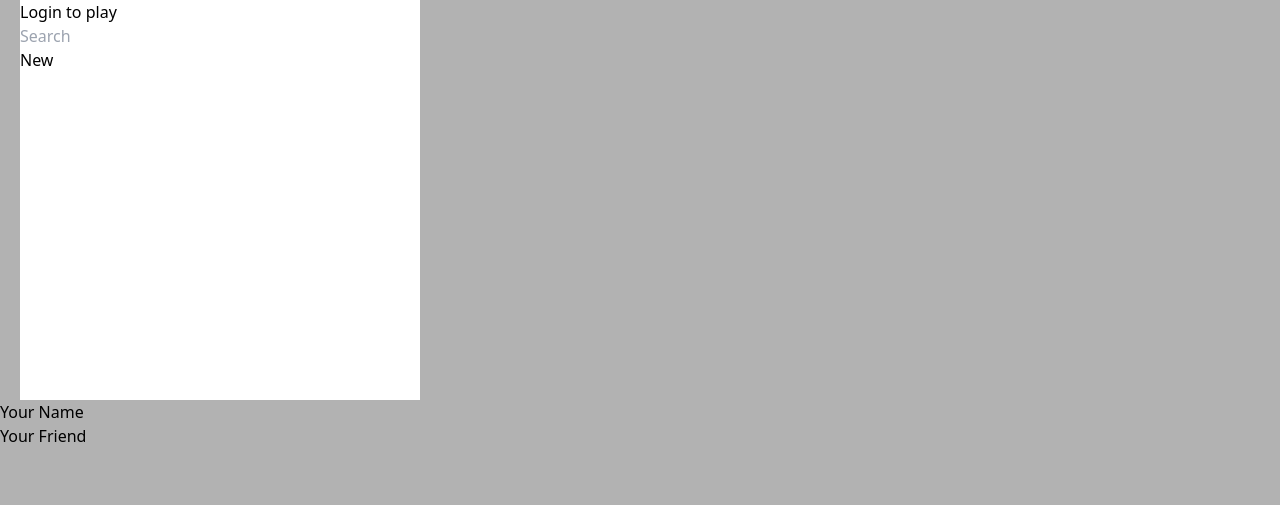
Repository: Teddy1705/demo_pj
Page: /
The author's editor kept a copy of each file at every save. The page is drawn from the files as they stood at one save, then again after the next save.
The browser window is 1280 px wide. The pictures show the whole page.
The project was rebuilt for these pictures with package versions that can differ from the ones it lists, and the page was loaded fresh each time. Also part of the build but not shown: vite.config.js.

Above is the page before, as saved 2024-04-16 09:05:55.

After the next save:
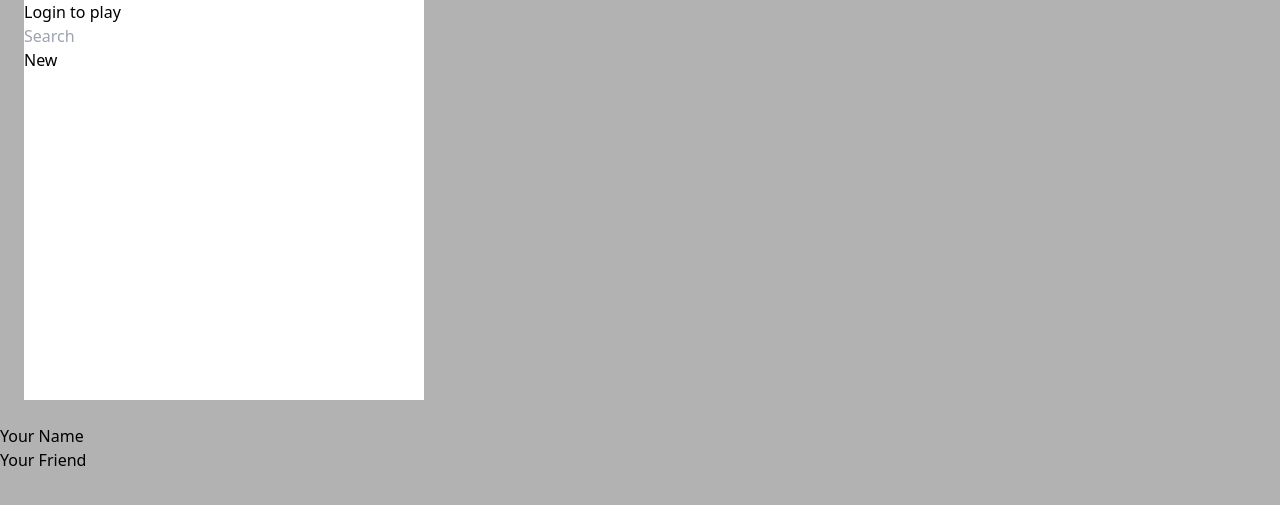
Saved 2 min 27 s later.
--- a/src/index.css
+++ b/src/index.css
@@ -578,7 +578,7 @@ video {
 #modal .modal__body {
   position: relative;
   background-color: var(--white-color);
-  margin: 0 20px;
+  margin: 0 24px 24px 24px;
   width: 400px;
   height: 400px;
 }
